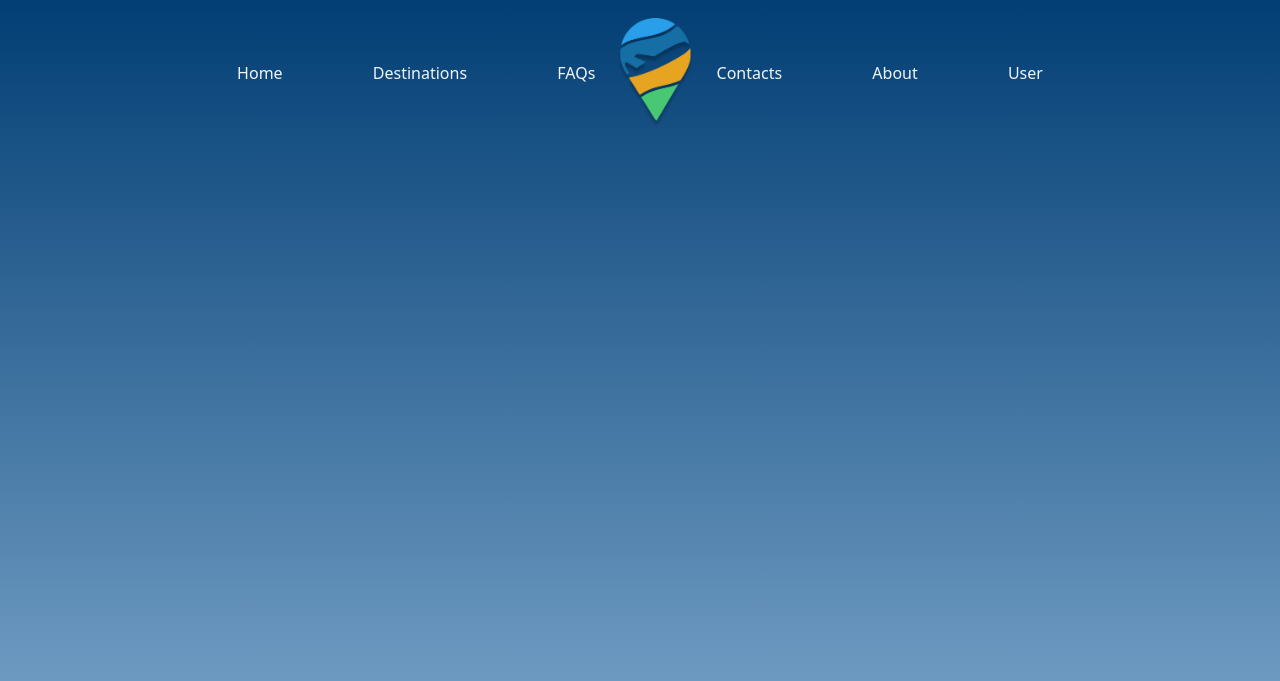
Repository: KorinChlorine/Explore
Page: destination.html
The author's editor kept a copy of each file at every save. The page is drawn from the files as they stood at one save, then again after the next save.
The browser window is 1280 px wide. The pictures show the whole page.
An inner scrolling area shows only its first screen.

Above is the page before, as saved 2025-10-31 11:34:10.

After the next save:
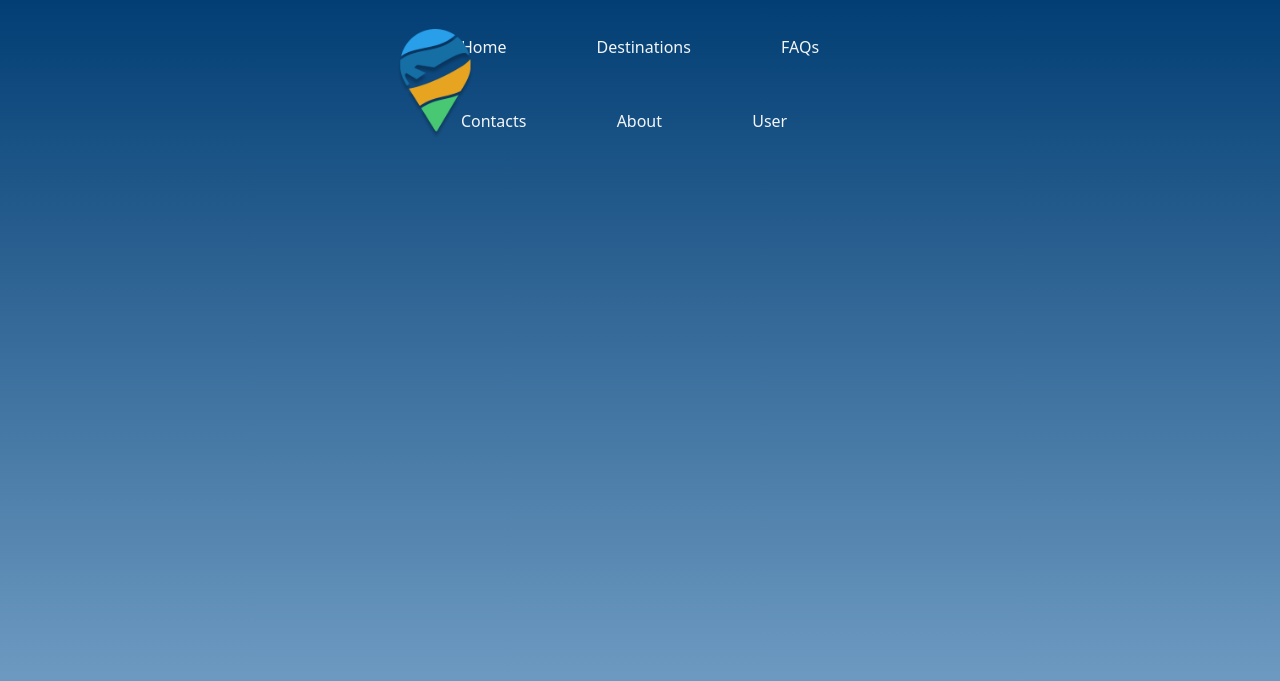
Saved 48 s later.
--- a/destination.html
+++ b/destination.html
@@ -22,24 +22,24 @@
 <body>
 
    <!-- navbar overlay -->
-    <header class="custom-navbar position-absolute top-0 start-0 w-100">
-      <div class="navbar-inner d-flex justify-content-between align-items-center px-4 py-2">
-        <div class="nav-left">
-          <a href="#">Home</a>
-          <a href="main.html">Destinations</a>
-          <a href="#">FAQs</a>
-        </div>
-
-        <div class="nav-logo">
-          <img src="logo.png" alt="logo" height="40" />
-        </div>
-
-        <div class="nav-right">
-          <a href="#">Contacts</a>
-          <a href="#">About</a>
-          <a href="#">User</a>
-        </div>
-      </div>
+     <header class="custom-navbar" id="site-navbar">
+        <div class="navbar-inner">
+            <div class="nav-left">
+                <a href="#">Home</a>
+                <a href="main.html">Destinations</a>
+                <a href="#">FAQs</a>
+            </div>
+
+            <div class="nav-logo">
+                <img src="logo.png" alt="logo" />
+            </div>
+
+            <div class="nav-right">
+                <a href="#">Contacts</a>
+                <a href="#">About</a>
+                <a href="#">User</a>
+            </div>
+        </div>
     </header>
 
   <!-- hero section (carousel) -->
